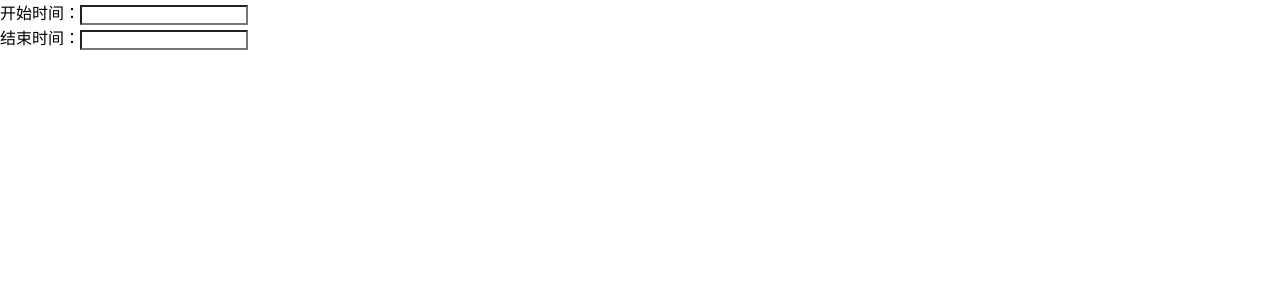
Repository: ruanhuabin/IntelliEyeShade
Page: http://localhost/IntelliEyeShade/statistics/statistics_filter.jsp
These files come from the project's save history. The page is drawn as it stood at one moment and after the next save; the edit follows.
The browser window is 1280 px wide. The pictures show the whole page.
The page is served by Tomcat 9. Nobody is signed in. The application's start-up code is not run.

Above is the page before, as saved 2016-11-21 08:14:52.

After the next save:
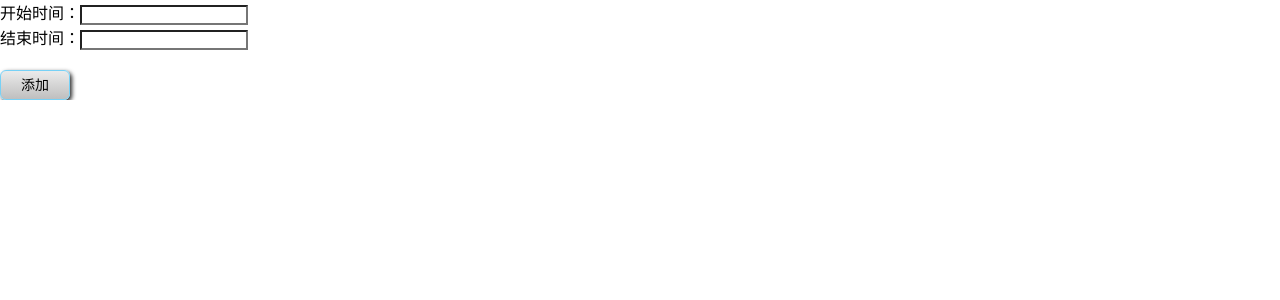
Saved 7 s later.
--- a/IntelliEyeShade/WebRoot/statistics/statistics_filter.jsp
+++ b/IntelliEyeShade/WebRoot/statistics/statistics_filter.jsp
@@ -83,7 +83,8 @@ String basePath = request.getScheme()+"://"+request.getServerName()+":"+request.
 <br>
 结束时间：<input name="endtime" type="text" id="control_date" size="20"
       maxlength="10" onclick="new Calendar().show(this);" readonly="readonly" />
-      <br>
+<br>
+<input class="button" type="submit" value="添加">
 </form>
 
   </body>
